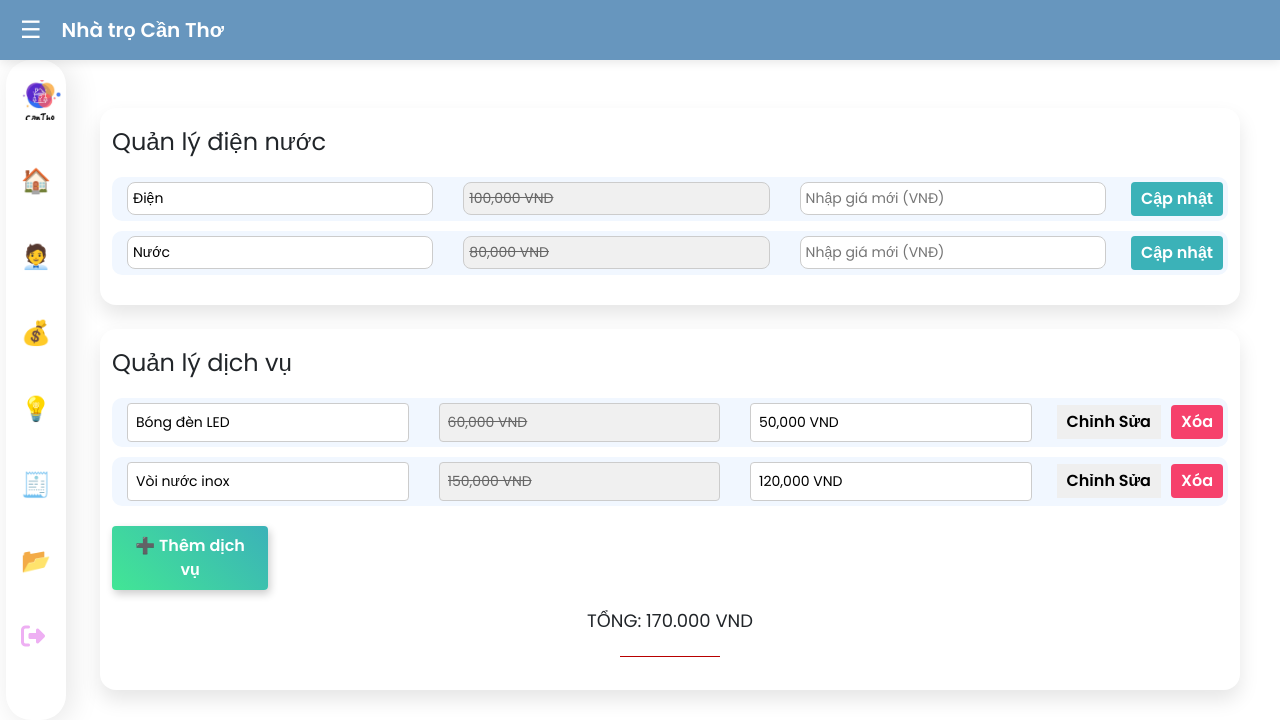
Repository: nhutty0402/DoAn02
Page: HTML/dichvu.html
The author's editor kept a copy of each file at every save. The page is drawn from the files as they stood at one save, then again after a run of saves.
The browser window is 1280 px wide. The pictures show the whole page.

Above is the page before, as saved 2025-03-21 00:07:33.

### HTML/dichvu.html
<!DOCTYPE html>
<html>
<head>
    <meta charset="utf-8">
    <meta http-equiv="X-UA-Compatible" content="IE=edge">
    <title></title>
    <meta name="description" content="">
    <meta name="viewport" content="width=device-width, initial-scale=1">
    <link rel="stylesheet" href="../css/dichvu.css">

    <!-- CSS -->
    <link href="https://cdn.jsdelivr.net/npm/bootstrap@5.3.3/dist/css/bootstrap.min.css" rel="stylesheet" integrity="sha384-QWTKZyjpPEjISv5WaRU9OFeRpok6YctnYmDr5pNlyT2bRjXh0JMhjY6hW+ALEwIH" crossorigin="anonymous">
    <link href="https://fonts.googleapis.com/css2?family=Poppins:wght@300;400;600&display=swap" rel="stylesheet">
    <link rel="stylesheet" href="https://cdnjs.cloudflare.com/ajax/libs/font-awesome/6.4.2/css/all.min.css">

    <!-- JS -->
    <script src="https://cdnjs.cloudflare.com/ajax/libs/jquery/3.7.1/jquery.min.js" integrity="sha512-v2CJ7UaYy4JwqLDIrZUI/4hqeoQieOmAZNXBeQyjo21dadnwR+8ZaIJVT8EE2iyI61OV8e6M8PP2/4hpQINQ/g==" crossorigin="anonymous" referrerpolicy="no-referrer"></script>
    <script src="https://cdn.jsdelivr.net/npm/@popperjs/core@2.11.8/dist/umd/popper.min.js" integrity="sha384-I7E8VVD/ismYTF4hNIPjVp/Zjvgyol6VFvRkX/vR+Vc4jQkC+hVqc2pM8ODewa9r" crossorigin="anonymous"></script>
    <script src="https://cdn.jsdelivr.net/npm/bootstrap@5.3.3/dist/js/bootstrap.min.js" integrity="sha384-0pUGZvbkm6XF6gxjEnlmuGrJXVbNuzT9qBBavbLwCsOGabYfZo0T0to5eqruptLy" crossorigin="anonymous"></script>
</head>

<body>
    <header class="header">
        <div class="menu-toggle">☰</div>
        <div class="header-title">Nhà trọ Cần Thơ</div>
    </header>

    <div class="sidebar">
        <div class="logo_content">
            <div class="logo">
                <div class="icon">
                    <img src="../imag/moi.jpg" alt="Logo">
                </div>
                <div class="logo_name">Xin chào, admin</div>
            </div>
        </div>
        <ul class="nav_list">
            <li><a href="menu.html"><span class="icon">🏠</span><span class="link_name">Trang chủ</span></a></li>
            <li><a href="Quanlykhachhang.html"><span class="icon">🧑‍💼</span><span class="link_name">Quản lý khách hàng</span></a></li>
            <li><a href="doanhthu.html"><span class="icon">💰</span><span class="link_name">Doanh thu</span></a></li>
            <li><a href="dichvu.html"><span class="icon">💡</span><span class="link_name">Dịch vụ</span></a></li>
            <li><a href="hoadon.html"><span class="icon">🧾</span><span class="link_name">Hóa đơn</span></a></li>
            <li><a href="quanlihopdong.html"><span class="icon">📂</span><span class="link_name">Quản lý hợp đồng</span></a></li>
            <li><a href="dangxuat.html" class="logout-link"><span class="icon"><i class="fas fa-sign-out-alt"></i></span><span class="link_name">Đăng Xuất</span></a></li>
        </ul>
    </div>

    <div class="content flex-grow-1 p-4">
        <div class="topbar d-flex justify-content-between align-items-center mb-4"></div>

        <!-- Quản lý điện nước -->
        <div class="container">
            <div class="cf-title-03">
                <h3>Quản lý điện nước</h3>
            </div>
            <div id="product-list">
                <!-- Sản phẩm mẫu được thêm trực tiếp trong HTML -->
                <div class="product">
                    <input type="text" value="Điện" placeholder="Tên sản phẩm" readonly>
                    <input type="text" value="100,000 VND" placeholder="Giá cũ (VNĐ)" readonly class="old-price">
                    <input type="text" value="" placeholder="Nhập giá mới (VNĐ)" oninput="formatCurrency(this)">
                    <div class="btn-group">
                        <button class="update-btn" onclick="updateProduct(this)">Cập nhật</button>
                    </div>
                </div>
                <div class="product">
                    <input type="text" value="Nước" placeholder="Tên sản phẩm" readonly>
                    <input type="text" value="80,000 VND" placeholder="Giá cũ (VNĐ)" readonly class="old-price">
                    <input type="text" value="" placeholder="Nhập giá mới (VNĐ)" oninput="formatCurrency(this)">
                    <div class="btn-group">
                        <button class="update-btn" onclick="updateProduct(this)">Cập nhật</button>
                    </div>
                </div>
            </div>
        </div><br>

        <!-- Quản lý dịch vụ -->
        <div class="container">
            <div class="cf-title-03">
                <h3>Quản lý dịch vụ</h3>
            </div>
            <div id="service-list">
                <!-- Dịch vụ mẫu được thêm trực tiếp trong HTML -->
                <div class="service">
                    <input type="text" value="Bóng đèn LED" placeholder="Tên sản phẩm" readonly class="product-name">
                    <input type="text" value="60,000 VND" placeholder="Giá cũ (VNĐ)" readonly class="old-price">
                    <input type="text" value="50,000 VND" placeholder="Nhập giá mới (VNĐ)" readonly class="new-price">
                    <div class="btn-group">
                        <button class="edit-btn" onclick="updateService(this)">Chỉnh Sửa</button>
                        <button class="delete-btn" onclick="deleteService(this)">Xóa</button>
                    </div>
                </div>
                <div class="service">
                    <input type="text" value="Vòi nước inox" placeholder="Tên sản phẩm" readonly class="product-name">
                    <input type="text" value="150,000 VND" placeholder="Giá cũ (VNĐ)" readonly class="old-price">
                    <input type="text" value="120,000 VND" placeholder="Nhập giá mới (VNĐ)" readonly class="new-price">
                    <div class="btn-group">
                        <button class="edit-btn" onclick="updateService(this)">Chỉnh Sửa</button>
                        <button class="delete-btn" onclick="deleteService(this)">Xóa</button>
                    </div>
                </div>
            </div>
            <button class="add-btn" onclick="addService()">➕ Thêm dịch vụ</button>
            <div class="cf-title-01">
                <h6>TỔNG: <span id="total-price">0 VND</span></h6>
            </div>
        </div>
    <!-- JavaScript -->
    <script>
        const toggle = document.querySelector('.menu-toggle');
        const sidebar = document.querySelector('.sidebar');
        toggle.addEventListener('click', () => {
            sidebar.classList.toggle('active');
        });

        function formatCurrency(input) {
            let value = input.value.replace(/\D/g, '');
            if (value === '') {
                input.value = '';
                return;
            }
            let number = parseInt(value, 10);
            input.value = number.toLocaleString('vi-VN') + ' VND';
        }

        function addService(name = "", price = "", oldPrice = "") {
            let serviceList = document.getElementById("service-list");
            let serviceDiv = document.createElement("div");
            serviceDiv.classList.add("service");
            serviceDiv.innerHTML = `
                <input type="text" value="${name}" placeholder="Tên sản phẩm">
                <input type="text" value="${oldPrice ? parseInt(oldPrice).toLocaleString('vi-VN') + ' VND' : ''}" placeholder="Giá cũ (VNĐ)" readonly class="old-price">
                <input type="text" value="${price}" placeholder="Nhập giá mới (VNĐ)" oninput="formatCurrency(this)">
                <div class="btn-group">
                    <button class="update-btn" onclick="updateService(this)">Cập nhật</button>
                    <button class="delete-btn" onclick="deleteService(this)">Xóa</button>
                </div>
            `;
            serviceList.appendChild(serviceDiv);
        }

        function updateProduct(button) {
            let productDiv = button.closest(".product");
            let inputs = productDiv.querySelectorAll("input");
            if (button.innerText === "Cập nhật") {
                let name = inputs[0].value.trim();
                let price = inputs[2].value.trim().replace(/\D/g, '');
                if (name === "" || price === "") {
                    alert("Vui lòng nhập đầy đủ thông tin!");
                    return;
                }
                inputs[0].setAttribute("readonly", true);
                inputs[2].setAttribute("readonly", true);
                button.innerText = "Chỉnh sửa";
                button.classList.remove("update-btn");
                button.classList.add("edi-btn");
                alert(`Cập nhật thành công: ${name} - ${inputs[2].value}`);
            } else {
                inputs[0].removeAttribute("readonly");
                inputs[2].removeAttribute("readonly");
                button.innerText = "Cập nhật";
                button.classList.remove("edi-btn");
                button.classList.add("update-btn");
            }
        }

        function updateService(button) {
            let serviceDiv = button.closest(".service");
            let inputs = serviceDiv.querySelectorAll("input");
            if (button.innerText === "Cập nhật") {
                let name = inputs[0].value.trim();
                let price = inputs[2].value.trim().replace(/\D/g, '');
                if (name === "" || price === "") {
                    alert("Vui lòng nhập đầy đủ thông tin!");
                    return;
                }
                inputs[0].setAttribute("readonly", true);
                inputs[2].setAttribute("readonly", true);
                button.innerText = "Chỉnh sửa";
                button.classList.remove("update-btn");
                button.classList.add("edi-btn");
                alert(`Cập nhật thành công: ${name} - ${inputs[2].value}`);
            } else {
                inputs[0].removeAttribute("readonly");
                inputs[2].removeAttribute("readonly");
                button.innerText = "Cập nhật";
                button.classList.remove("edi-btn");
                button.classList.add("update-btn");
            }
        }

        function deleteService(button) {
            if (confirm("Bạn có chắc muốn xóa sản phẩm này?")) {
                button.closest(".service").remove();
            }
        }
    </script>
    <!--Tính tổng-->
<!-- JavaScript -->
<script>
    // Hàm tính tổng giá mới và hiển thị
    function calculateTotal() {
        const newPriceInputs = document.querySelectorAll('.new-price');
        let total = 0;

        newPriceInputs.forEach(input => {
            // Lấy giá trị từ input, loại bỏ " VND" và dấu phẩy
            const priceText = input.value.replace(' VND', '').replace(/,/g, '');
            const price = parseFloat(priceText) || 0; // Chuyển thành số, nếu không hợp lệ thì trả về 0
            total += price;
        });

        // Định dạng tổng với dấu phẩy và thêm " VND"
        const formattedTotal = total.toLocaleString('vi-VN') + ' VND';
        document.getElementById('total-price').textContent = formattedTotal;
    }

    // Hàm thêm dịch vụ mới
    function addService() {
        const serviceList = document.getElementById('service-list');
        const newService = document.createElement('div');
        newService.className = 'service';
        newService.innerHTML = `
            <input type="text" placeholder="Tên sản phẩm" class="product-name">
            <input type="text" placeholder="Giá cũ (VNĐ)" class="old-price">
            <input type="text" placeholder="Nhập giá mới (VNĐ)" class="new-price" oninput="calculateTotal()">
            <div class="btn-group">
                <button class="edit-btn" onclick="updateService(this)">Chỉnh Sửa</button>
                <button class="delete-btn" onclick="deleteService(this)">Xóa</button>
            </div>
        `;
        serviceList.appendChild(newService);
        calculateTotal(); // Cập nhật tổng sau khi thêm
    }

    // Hàm chỉnh sửa dịch vụ
    function updateService(button) {
        const service = button.closest('.service');
        const inputs = service.querySelectorAll('input');
        const isReadOnly = inputs[0].hasAttribute('readonly');

        if (isReadOnly) {
            // Chuyển sang chế độ chỉnh sửa
            inputs.forEach(input => input.removeAttribute('readonly'));
            button.textContent = 'Cập Nhật';
            button.classList.remove('edit-btn');
            button.classList.add('update-btn'); // Chuyển sang màu xanh dương
        } else {
            // Chuyển về chế độ readonly
            inputs.forEach(input => input.setAttribute('readonly', true));
            button.textContent = 'Chỉnh Sửa';
            button.classList.remove('update-btn');
            button.classList.add('edit-btn'); // Chuyển về màu cam
            calculateTotal(); // Cập nhật tổng sau khi lưu
        }
    }

    // Hàm xóa dịch vụ
    function deleteService(button) {
        const service = button.closest('.service');
        service.remove();
        calculateTotal(); // Cập nhật tổng sau khi xóa
    }

    // Tính tổng khi trang được tải
    window.onload = calculateTotal;

    // Xóa các hàm không cần thiết từ code cũ
    function formatCurrency(input) {
        // Hàm này không còn được sử dụng, nhưng giữ lại để tránh lỗi nếu có code khác gọi
    }

    function updateProduct(button) {
        // Hàm này không còn được sử dụng
    }
</script>
</body>
</html>

Loaded but not shown: CSS/dichvu.css (515 lines, source omitted)

After the next 2 saves:
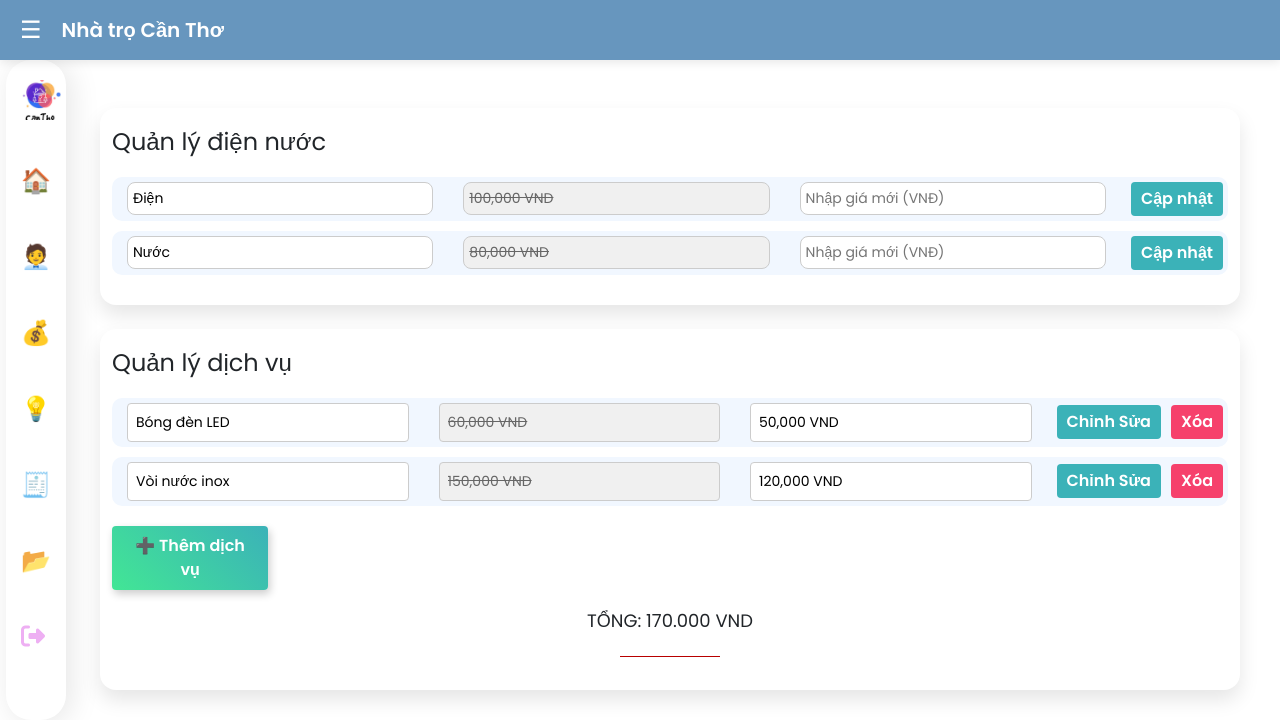
The 2 saves are shown as one change because they came seconds apart.
The last was saved 9 s later.
--- a/HTML/dichvu.html
+++ b/HTML/dichvu.html
@@ -86,7 +86,7 @@
                     <input type="text" value="60,000 VND" placeholder="Giá cũ (VNĐ)" readonly class="old-price">
                     <input type="text" value="50,000 VND" placeholder="Nhập giá mới (VNĐ)" readonly class="new-price">
                     <div class="btn-group">
-                        <button class="edit-btn" onclick="updateService(this)">Chỉnh Sửa</button>
+                        <button class="update-btn" onclick="updateService(this)">Chỉnh Sửa</button>
                         <button class="delete-btn" onclick="deleteService(this)">Xóa</button>
                     </div>
                 </div>
@@ -95,7 +95,7 @@
                     <input type="text" value="150,000 VND" placeholder="Giá cũ (VNĐ)" readonly class="old-price">
                     <input type="text" value="120,000 VND" placeholder="Nhập giá mới (VNĐ)" readonly class="new-price">
                     <div class="btn-group">
-                        <button class="edit-btn" onclick="updateService(this)">Chỉnh Sửa</button>
+                        <button class="update-btn" onclick="updateService(this)">Chỉnh Sửa</button>
                         <button class="delete-btn" onclick="deleteService(this)">Xóa</button>
                     </div>
                 </div>
@@ -105,6 +105,7 @@
                 <h6>TỔNG: <span id="total-price">0 VND</span></h6>
             </div>
         </div>
+
     <!-- JavaScript -->
     <script>
         const toggle = document.querySelector('.menu-toggle');
@@ -196,83 +197,69 @@
         }
     </script>
     <!--Tính tổng-->
-<!-- JavaScript -->
-<script>
-    // Hàm tính tổng giá mới và hiển thị
-    function calculateTotal() {
-        const newPriceInputs = document.querySelectorAll('.new-price');
-        let total = 0;
-
-        newPriceInputs.forEach(input => {
-            // Lấy giá trị từ input, loại bỏ " VND" và dấu phẩy
-            const priceText = input.value.replace(' VND', '').replace(/,/g, '');
-            const price = parseFloat(priceText) || 0; // Chuyển thành số, nếu không hợp lệ thì trả về 0
-            total += price;
-        });
-
-        // Định dạng tổng với dấu phẩy và thêm " VND"
-        const formattedTotal = total.toLocaleString('vi-VN') + ' VND';
-        document.getElementById('total-price').textContent = formattedTotal;
-    }
-
-    // Hàm thêm dịch vụ mới
-    function addService() {
-        const serviceList = document.getElementById('service-list');
-        const newService = document.createElement('div');
-        newService.className = 'service';
-        newService.innerHTML = `
-            <input type="text" placeholder="Tên sản phẩm" class="product-name">
-            <input type="text" placeholder="Giá cũ (VNĐ)" class="old-price">
-            <input type="text" placeholder="Nhập giá mới (VNĐ)" class="new-price" oninput="calculateTotal()">
-            <div class="btn-group">
-                <button class="edit-btn" onclick="updateService(this)">Chỉnh Sửa</button>
-                <button class="delete-btn" onclick="deleteService(this)">Xóa</button>
-            </div>
-        `;
-        serviceList.appendChild(newService);
-        calculateTotal(); // Cập nhật tổng sau khi thêm
-    }
-
-    // Hàm chỉnh sửa dịch vụ
-    function updateService(button) {
-        const service = button.closest('.service');
-        const inputs = service.querySelectorAll('input');
-        const isReadOnly = inputs[0].hasAttribute('readonly');
-
-        if (isReadOnly) {
-            // Chuyển sang chế độ chỉnh sửa
-            inputs.forEach(input => input.removeAttribute('readonly'));
-            button.textContent = 'Cập Nhật';
-            button.classList.remove('edit-btn');
-            button.classList.add('update-btn'); // Chuyển sang màu xanh dương
-        } else {
-            // Chuyển về chế độ readonly
-            inputs.forEach(input => input.setAttribute('readonly', true));
-            button.textContent = 'Chỉnh Sửa';
-            button.classList.remove('update-btn');
-            button.classList.add('edit-btn'); // Chuyển về màu cam
-            calculateTotal(); // Cập nhật tổng sau khi lưu
-        }
-    }
-
-    // Hàm xóa dịch vụ
-    function deleteService(button) {
-        const service = button.closest('.service');
-        service.remove();
-        calculateTotal(); // Cập nhật tổng sau khi xóa
-    }
-
-    // Tính tổng khi trang được tải
-    window.onload = calculateTotal;
-
-    // Xóa các hàm không cần thiết từ code cũ
-    function formatCurrency(input) {
-        // Hàm này không còn được sử dụng, nhưng giữ lại để tránh lỗi nếu có code khác gọi
-    }
-
-    function updateProduct(button) {
-        // Hàm này không còn được sử dụng
-    }
-</script>
+    <script>
+        // Hàm tính tổng giá mới và hiển thị
+        function calculateTotal() {
+            const newPriceInputs = document.querySelectorAll('.new-price');
+            let total = 0;
+
+            newPriceInputs.forEach(input => {
+                // Lấy giá trị từ input, loại bỏ " VND" và dấu phẩy
+                const priceText = input.value.replace(' VND', '').replace(/,/g, '');
+                const price = parseFloat(priceText) || 0; // Chuyển thành số, nếu không hợp lệ thì trả về 0
+                total += price;
+            });
+
+            // Định dạng tổng với dấu phẩy và thêm " VND"
+            const formattedTotal = total.toLocaleString('vi-VN') + ' VND';
+            document.getElementById('total-price').textContent = formattedTotal;
+        }
+
+        // Hàm thêm dịch vụ mới
+        function addService() {
+            const serviceList = document.getElementById('service-list');
+            const newService = document.createElement('div');
+            newService.className = 'service';
+            newService.innerHTML = `
+                <input type="text" placeholder="Tên sản phẩm" class="product-name">
+                <input type="text" placeholder="Giá cũ (VNĐ)" class="old-price">
+                <input type="text" placeholder="Nhập giá mới (VNĐ)" class="new-price" oninput="calculateTotal()">
+                <div class="btn-group">
+                    <button class="update-btn" onclick="updateService(this)">Chỉnh sửa</button>
+                    <button class="delete-btn" onclick="deleteService(this)">Xóa</button>
+                </div>
+            `;
+            serviceList.appendChild(newService);
+            calculateTotal(); // Cập nhật tổng sau khi thêm
+        }
+
+        // Hàm chỉnh sửa dịch vụ (giữ đơn giản, chỉ cho phép chỉnh sửa và lưu)
+        function updateService(button) {
+            const service = button.closest('.service');
+            const inputs = service.querySelectorAll('input');
+            const isReadOnly = inputs[0].hasAttribute('readonly');
+
+            if (isReadOnly) {
+                // Chuyển sang chế độ chỉnh sửa
+                inputs.forEach(input => input.removeAttribute('readonly'));
+                button.textContent = 'Cập Nhật';
+            } else {
+                // Chuyển về chế độ readonly
+                inputs.forEach(input => input.setAttribute('readonly', true));
+                button.textContent = 'Chỉnh sửa';
+                calculateTotal(); // Cập nhật tổng sau khi lưu
+            }
+        }
+
+        // Hàm xóa dịch vụ
+        function deleteService(button) {
+            const service = button.closest('.service');
+            service.remove();
+            calculateTotal(); // Cập nhật tổng sau khi xóa
+        }
+
+        // Tính tổng khi trang được tải
+        window.onload = calculateTotal;
+    </script>
 </body>
 </html>

After the save that followed:
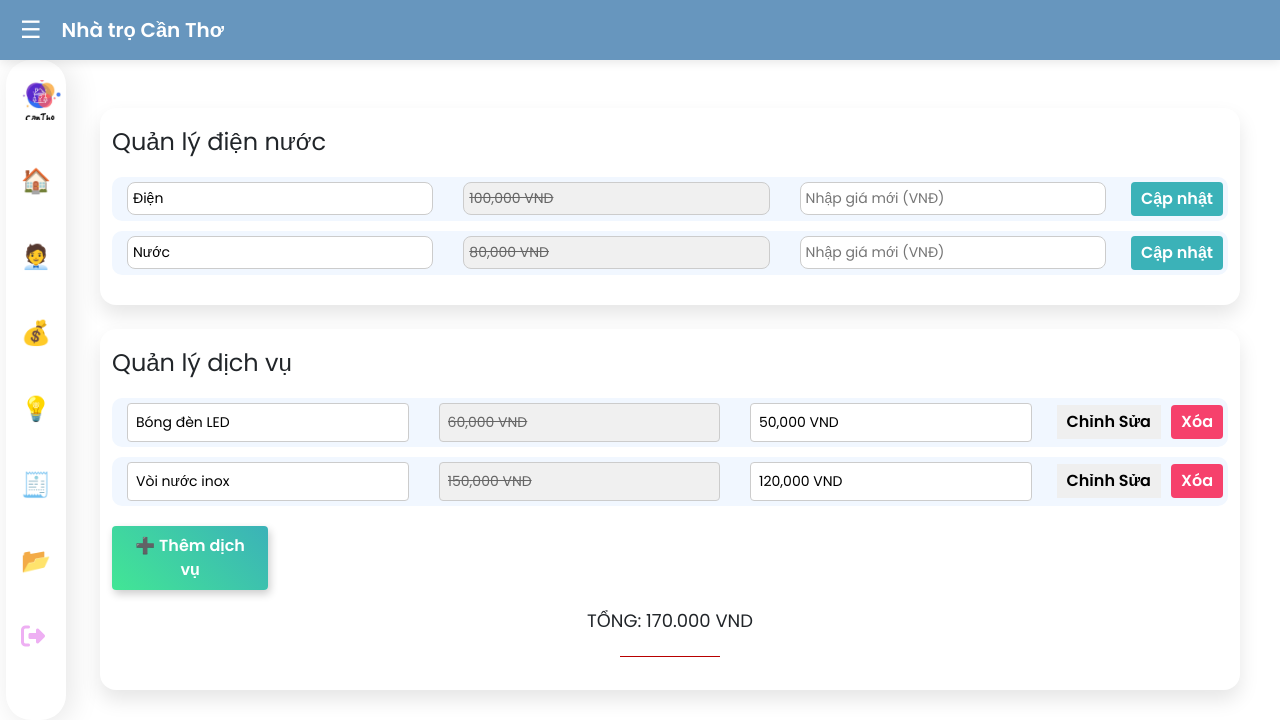
Saved 5 min 35 s later.
--- a/HTML/dichvu.html
+++ b/HTML/dichvu.html
@@ -86,7 +86,7 @@
                     <input type="text" value="60,000 VND" placeholder="Giá cũ (VNĐ)" readonly class="old-price">
                     <input type="text" value="50,000 VND" placeholder="Nhập giá mới (VNĐ)" readonly class="new-price">
                     <div class="btn-group">
-                        <button class="update-btn" onclick="updateService(this)">Chỉnh Sửa</button>
+                        <button class="edit-btn" onclick="updateService(this)">Chỉnh Sửa</button>
                         <button class="delete-btn" onclick="deleteService(this)">Xóa</button>
                     </div>
                 </div>
@@ -95,7 +95,7 @@
                     <input type="text" value="150,000 VND" placeholder="Giá cũ (VNĐ)" readonly class="old-price">
                     <input type="text" value="120,000 VND" placeholder="Nhập giá mới (VNĐ)" readonly class="new-price">
                     <div class="btn-group">
-                        <button class="update-btn" onclick="updateService(this)">Chỉnh Sửa</button>
+                        <button class="edit-btn" onclick="updateService(this)">Chỉnh Sửa</button>
                         <button class="delete-btn" onclick="deleteService(this)">Xóa</button>
                     </div>
                 </div>
